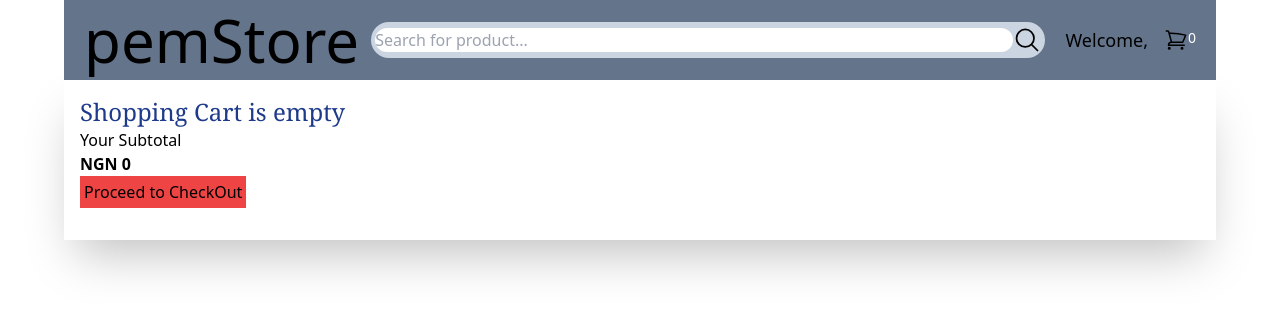
Repository: Semanmernstack/pemstore
Page: /checkout
These files come from the project's save history. The page is drawn as it stood at one moment and after the next save; the edit follows.
The browser window is 1280 px wide. The pictures show the whole page.
The page's requests for data from a server got no answer. The project was rebuilt for these pictures with package versions that can differ from the ones it lists, and the page was loaded fresh each time. The framework's server and built-in components were replaced by stand-ins that run in the browser. No one was signed in, and anything a server would have sent is missing. Also part of the build but not shown: next.config.js, components/CheckoutProduct.js.

Above is the page before, as saved 2022-11-06 04:57:32.

After the next save:
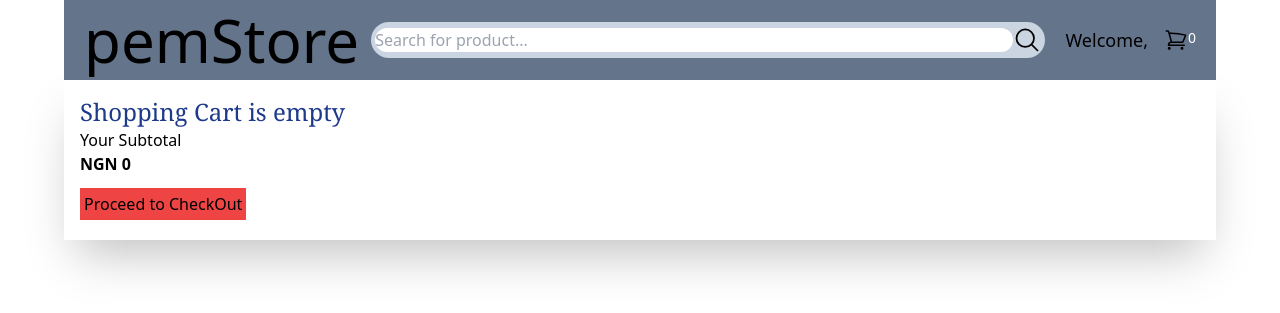
Saved 12 s later.
--- a/pages/checkout.js
+++ b/pages/checkout.js
@@ -20,7 +20,7 @@ function Checkout() {
             <h1>Your Subtotal</h1>
             <span className="font-extrabold">NGN 0</span>
         </div>
-        <button className="text-center  bg-red-500 p-1">Proceed to CheckOut</button>
+        <button className="text-center  bg-red-500 p-1 mt-3">Proceed to CheckOut</button>
         </div>
 
         {items.map((item, i) => (
